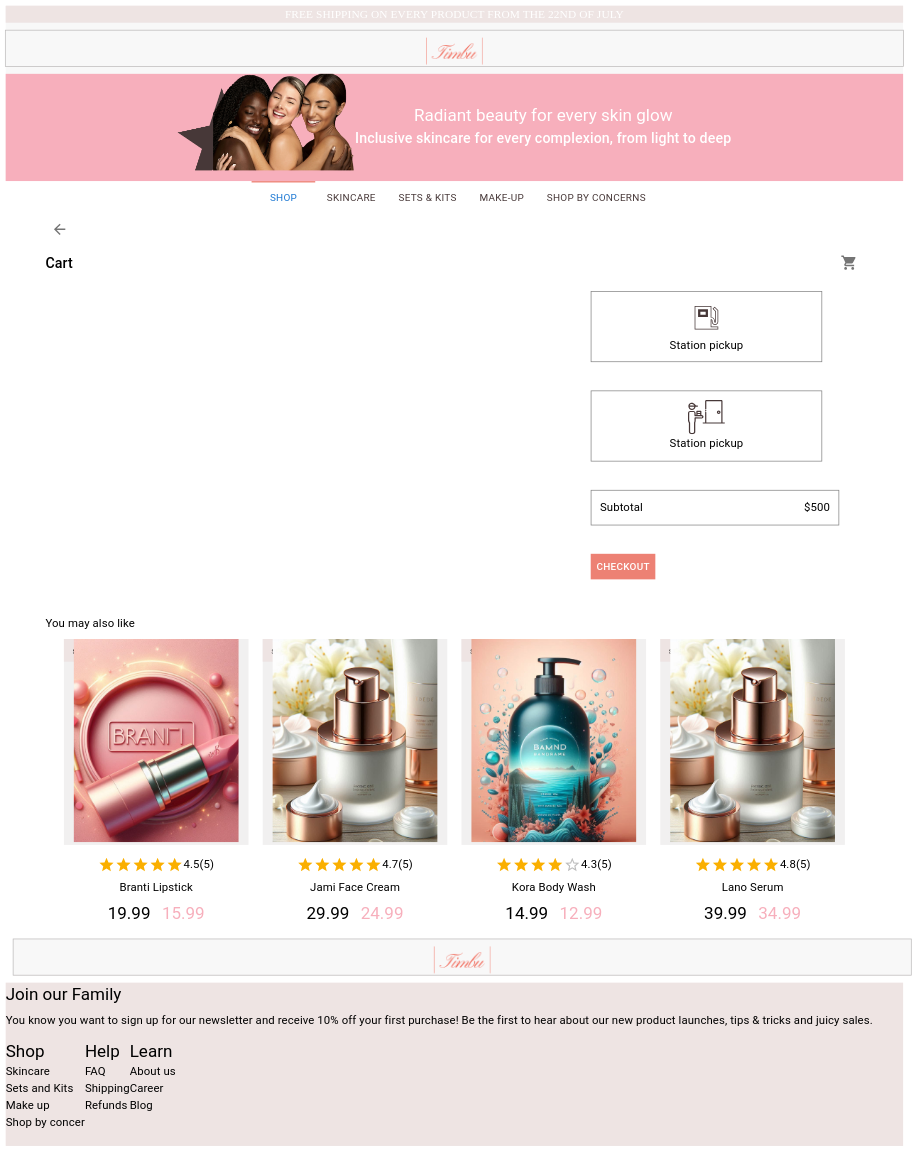
Repository: Armstrong2035/hng-project-two
Page: /cart (app in timbu-store/)
The author's editor kept a copy of each file at every save. The page is drawn from the files as they stood at one save, then again after the next save.
The browser window is 1280 px wide. The page is 1284 px wide, so the pictures cover 1284 px, including what lies to the right of the window. The pictures show the whole page, at 71% of full size.
The project was rebuilt for these pictures with package versions that can differ from the ones it lists, and the page was loaded fresh each time. The framework's server and built-in components were replaced by stand-ins that run in the browser. Also part of the build but not shown: timbu-store/next.config.mjs, timbu-store/src/app/fonts.css, timbu-store/components/Products/Filters.js, timbu-store/components/Products/FiltersMobile.js.

Above is the page before, as saved 2024-07-10 00:47:19.

### timbu-store/src/app/layout.js
"use client";

import "./fonts.css";
import { Html, Main, NextScript } from "next/document";
import Head from "next/head";

const metadata = {
  title: "Timbu Store",
  description: "We sell beauty",
};

export default function RootLayout({ children }) {
  return (
    <>
      <html>
        <Head>
          <title>{metadata.title}</title>
          <meta name="description" content={metadata.description} />
        </Head>
        <body>{children}</body>
      </html>
    </>
  );
}

### timbu-store/src/app/cart/page.js
"use client";
import React from "react";
import CartPage from "../../../components/checkout/cart/CartPage";
import Footer from "../../../components/footer/Footer";
import Header from "../../../components/header/Header";

export default function Page() {
  return (
    <>
      <Header />
      <CartPage />
      <Footer />
    </>
  );
}

### timbu-store/components/checkout/cart/CartPage.js
"use client";
import useStore from "@/store/store";
import Image from "next/image";
import doorDelivery from "../../../public/icons/door-delivery.svg";
import stationPickup from "../../../public/icons/station-pickup.svg";
import {
  Typography,
  Box,
  Stack,
  Grid,
  Button,
  Card,
  CardContent,
  Container,
  AppBar,
} from "@mui/material";
import React, { useState } from "react";
import Cart from "./Cart";
import Header from "../../header/Header";
import CartNav from "./CartNav";
import Link from "next/link";
import ProductRecommendations from "../../Products/ProductRecommendations";
export default function CartPage() {
  return (
    <>
      <Container>
        <CartNav />
        <Grid container>
          <Grid item className={"item"} xl={10} lg={8} md={6} sm={12} xs={12}>
            <Cart />
          </Grid>
          <Grid item xl={4} lg={4} md={6} sm={12} xs={12}>
            <Stack spacing={5}>
              <Box
                sx={{
                  border: "1px solid grey",
                  height: "98px",
                  width: "324px",
                  display: "flex",
                  flexDirection: "column",
                  alignItems: "center",
                  justifyContent: "center",
                }}
              >
                <Image alt={"station pickup"} src={stationPickup} />
                <Typography>Station pickup</Typography>
              </Box>

              <Box
                sx={{
                  border: "1px solid grey",
                  height: "98px",
                  width: "324px",
                  display: "flex",
                  flexDirection: "column",
                  alignItems: "center",
                  justifyContent: "center",
                }}
              >
                <Image alt={"door delivery"} src={doorDelivery} />
                <Typography>Station pickup</Typography>
              </Box>

              <Box
                sx={{
                  border: "1px solid grey",
                  width: "324px",
                  display: "flex",
                  flexDirection: "row",
                  alignItems: "center",
                  justifyContent: "space-between",
                  padding: "12px",
                }}
              >
                <Typography>Subtotal</Typography>
                <Typography>$500</Typography>
              </Box>
              <Link href={"/checkout"}>
                <Button
                  sx={{
                    backgroundColor: " #ED8174",
                    color: "#FFFFFF",
                    borderRadius: "0",
                    "&:hover": {
                      backgroundColor: "#C9675B",
                    },
                  }}
                >
                  Checkout
                </Button>
              </Link>
            </Stack>
          </Grid>
        </Grid>
        <ProductRecommendations />
      </Container>
    </>
  );
}

### timbu-store/components/footer/Footer.js
import React from "react";
import {
  Container,
  Grid,
  Typography,
  TextField,
  Button,
  AppBar,
  Toolbar,
  Box,
  Stack,
} from "@mui/material";
import TimbuStore from "../header/TimbuStore";

function Footer() {
  return (
    <>
      <TimbuStore />
      <Box
        sx={{
          inTop: "2rem",
          backgroundColor: "#EEE4E3",
          height: "230px",
        }}
      >
        <Grid container>
          <Grid item sm={12}>
            <Stack>
              <Typography variant="h5" gutterBottom>
                Join our Family
              </Typography>
              <Typography variant="body1" paragraph>
                You know you want to sign up for our newsletter and receive 10%
                off your first purchase! Be the first to hear about our new
                product launches, tips & tricks and juicy sales.
              </Typography>
            </Stack>
          </Grid>

          <Grid item sm={12}>
            <Grid container>
              <Grid item>
                <Stack>
                  <Typography variant={"h5"}>Shop</Typography>
                  <Typography>Skincare</Typography>
                  <Typography>Sets and Kits</Typography>
                  <Typography>Make up</Typography>
                  <Typography>Shop by concer</Typography>
                </Stack>
              </Grid>
              <Grid item>
                <Stack>
                  <Typography variant={"h5"}>Help</Typography>
                  <Typography>FAQ</Typography>
                  <Typography>Shipping</Typography>
                  <Typography>Refunds</Typography>
                </Stack>
              </Grid>
              <Grid item>
                <Stack>
                  <Typography variant={"h5"}>Learn</Typography>
                  <Typography>About us</Typography>
                  <Typography>Career</Typography>
                  <Typography>Blog</Typography>
                </Stack>
              </Grid>
            </Grid>
          </Grid>
        </Grid>
      </Box>
    </>
  );
}

export default Footer;

### timbu-store/components/header/Header.js
"use client";
import { AppBar, Typography, Box, Stack } from "@mui/material";
import React from "react";
import Image from "next/image";
import Group1 from "../../public/utility-images/Group1.png";
import TimbuStore from "./TimbuStore";
import Promotion from "./Promotion";
import SimpleTabs from "./NavBar";
import Filters from "../Products/Filters";
import { useTheme } from "@mui/material/styles";
import useMediaQuery from "@mui/material/useMediaQuery";
import FiltersMobile from "../Products/FiltersMobile";

export default function Header() {
  const theme = useTheme();
  const isDesktop = useMediaQuery(theme.breakpoints.up("lg"));

  return (
    <>
      <Stack alignItems={"center"}>
        <AppBar
          elevation={"none"}
          sx={{
            backgroundColor: "#F8F8F8",
            position: "relative",
            width: "100%",
          }}
        >
          <Stack alignItems={"center"}>
            <Promotion />
            <TimbuStore />
            <Stack
              alignItems={"center"}
              textAlign={"center"}
              direction={isDesktop ? "row" : "column-reverse"}
              justifyContent={"center"}
              sx={{ backgroundColor: "#F7AFBC", width: "100%" }}
            >
              <Box sx={{ width: "250.08px", height: "150.77px" }}>
                <Image
                  src={Group1}
                  alt={"group of women"}
                  layout="responsive"
                  width={100}
                  height={100}
                  objectFit="contain"
                />
              </Box>
              <Box>
                <Typography variant={"h5"}>
                  Radiant beauty for every skin glow
                </Typography>
                <Typography variant={"h6"}>
                  Inclusive skincare for every complexion, from light to deep
                </Typography>
              </Box>
            </Stack>
          </Stack>
        </AppBar>

        {!isDesktop && (
          <Box sx={{ alignSelf: "flex-start" }}>
            <FiltersMobile />
          </Box>
        )}

        {isDesktop && <SimpleTabs />}
      </Stack>
    </>
  );
}

### timbu-store/src/store/store.js
import { create } from "zustand";
import { persist } from "zustand/middleware";

const useStore = create(
  (set) => ({
    cart: [],
    addToCart: (item) => set((state) => ({ cart: [...state.cart, item] })),
  }),
  {
    name: "cart-storage",
  }
);

export default useStore;

### timbu-store/components/checkout/cart/Cart.js
"use client";
import React, { useState } from "react";
import useStore from "@/store/store";
import {
  Box,
  Grid,
  Stack,
  Card,
  CardContent,
  Typography,
  Button,
} from "@mui/material";
import Image from "next/image";

export default function Cart() {
  const [orderVolume, setOrderVolume] = useState(1);
  const cart = useStore((state) => state.cart);

  console.log(cart);
  return (
    <>
      <Stack spacing={10}>
        {cart.map((item) => (
          <Box
            key={item.id}
            className={"order summary"}
            style={{
              width: "100%",
              display: "flex",
              alignItems: "center",
              justifyContent: "space-between",
            }}
          >
            <Box sx={{ backgroundColor: "#F8F8F8" }}>
              <Stack direction={"row"} alignItems={"center"} spacing={2}>
                <Box
                  sx={{
                    display: "flex",
                    alignItems: "center",
                    justifyContent: "center",
                    backgroundColor: "#F1F0F0",
                    position: "relative",
                    "&:hover .add-to-cart": {
                      opacity: 1,
                    },

                    "&:hover": {
                      backgroundColor: "#E6DFDF",
                    },
                    width: "260px",
                    height: "290px",
                  }}
                  elevation={"none"}
                >
                  <div
                    style={{
                      width: "300",
                      height: "300",
                      position: "relative",
                      padding: "10px, 10px",
                    }}
                  >
                    <Image
                      src={item.imageUrl}
                      alt={item.productName}
                      layout="responsive"
                      width={500}
                      height={500}
                      objectFit="contain"
                    />
                  </div>
                </Box>
                <Box sx={{ padding: "16px" }}>
                  <Typography>{item.productName}</Typography>
                  <Box
                    sx={{
                      border: "1px solid #B2A6A6",
                      display: "flex",
                      flexDirection: "row",
                      alignItems: "center",
                      margin: "10px 0",
                    }}
                  >
                    <Button
                      sx={{ color: "#473838" }}
                      onClick={() =>
                        setOrderVolume(orderVolume > 1 ? orderVolume - 1 : 1)
                      }
                    >
                      -
                    </Button>
                    <Typography sx={{ padding: "0 10px" }}>
                      {orderVolume}
                    </Typography>
                    <Button
                      sx={{ color: "#473838" }}
                      onClick={() => setOrderVolume(orderVolume + 1)}
                    >
                      +
                    </Button>
                  </Box>

                  <Button sx={{ color: "#ED8174" }}>Remove</Button>
                </Box>
              </Stack>
            </Box>

            <Typography sx={{ margin: "auto 80px" }}>
              {item.discountPrice}
            </Typography>
          </Box>
        ))}
      </Stack>
    </>
  );
}

### timbu-store/components/checkout/cart/CartNav.js
"use client";

import { Box, Stack, Typography, IconButton } from "@mui/material";
import React from "react";
import ArrowBackIcon from "@mui/icons-material/ArrowBack";
import ShoppingCartIcon from "@mui/icons-material/ShoppingCart";
import Link from "next/link";

export default function CartNav() {
  return (
    <Box sx={{ width: "100%", paddingBottom: "20px" }}>
      <Link href={"/"}>
        <IconButton sx={{ paddingBottom: "15px" }}>
          <ArrowBackIcon />
        </IconButton>
      </Link>

      <Stack
        direction={"row"}
        justifyContent={"space-between"}
        alignItems="center"
      >
        <Typography variant="h6">Cart</Typography>
        <IconButton>
          <ShoppingCartIcon />
        </IconButton>
      </Stack>
    </Box>
  );
}

### timbu-store/components/Products/ProductRecommendations.js
"use client";
import { inventory } from "@/products";
import {
  Container,
  Grid,
  Box,
  Chip,
  Stack,
  Typography,
  Rating,
} from "@mui/material";
import Link from "next/link";
import Image from "next/image";
import React from "react";

export default function ProductRecommendations() {
  const recommendations = inventory.slice(0, 4);
  return (
    <Stack alignItems={"center"} sx={{ paddingTop: "50px" }}>
      <Typography sx={{ alignSelf: "flex-start" }}>
        You may also like
      </Typography>
      <Box
        sx={{
          display: "flex",
          flexDirection: "row",
          flexWrap: "wrap",
          alignItems: "center",
          justifyContent: "center",
        }}
      >
        {recommendations.map((product, index) => (
          <Box
            key={product.productName}
            sx={{
              margin: "10px 10px",
            }}
          >
            <Stack direction={"column"} spacing={2}>
              <Link
                href={`/product/${encodeURIComponent(product.productName)}`}
              >
                <Box
                  sx={{
                    display: "flex",
                    alignItems: "center",
                    justifyContent: "center",
                    backgroundColor: "#F1F0F0",
                    position: "relative",
                    "&:hover .add-to-cart": {
                      opacity: 1,
                    },

                    "&:hover": {
                      backgroundColor: "#E6DFDF",
                    },
                    width: "260px",
                    height: "290px",
                  }}
                  elevation={"none"}
                >
                  <Chip
                    label={"sale"}
                    sx={{
                      position: "absolute",
                      top: "0",
                      left: "0",
                      borderRadius: "0",
                      backgroundColor: "#EEE4E3",
                    }}
                  />

                  <div
                    style={{
                      width: "300",
                      height: "300",
                      position: "relative",
                      padding: "10px, 10px",
                    }}
                  >
                    <Image
                      src={product.imageUrl}
                      alt={product.productName}
                      layout="responsive"
                      width={500}
                      height={500}
                      objectFit="contain"
                    />
                  </div>

                  <Box
                    className="add-to-cart"
                    sx={{
                      backgroundColor: "#ED8174",
                      color: "white",
                      position: "absolute",
                      bottom: 0,
                      width: "100%",
                      height: "50px",
                      display: "flex",
                      justifyContent: "center",
                      alignItems: "center",
                      opacity: 0,
                      transition: "opacity 0.3s",
                      cursor: "pointer",
                      "&:hover": {
                        backgroundColor: "#C9675B",
                      },
                    }}
                    onClick={(e) => {
                      e.stopPropagation();
                      e.preventDefault();
                      addToCart(product);
                    }}
                  >
                    Add To Cart
                  </Box>
                </Box>
              </Link>

              <Box>
                <Stack spacing={1} alignItems={"center"}>
                  <Stack direction={"row"}>
                    <Rating name="read-only" value={product.rating} readOnly />
                    <Typography>{`${product.rating}(5)`}</Typography>
                  </Stack>
                  <Typography>{`${product.productName}`}</Typography>
                  <Stack spacing={2} direction={"row"}>
                    <Typography variant={"h5"}>{`${product.price}`}</Typography>

                    <Typography
                      variant={"h5"}
                      sx={{ color: "#F7AFBC" }}
                    >{`${product.discountPrice}`}</Typography>
                  </Stack>
                </Stack>
              </Box>
            </Stack>
          </Box>
        ))}
      </Box>
    </Stack>
  );
}

### timbu-store/components/header/TimbuStore.js
"use client";

import Image from "next/image";
import Timbu from "../../public/utility-images/Timbu.png";
import Link from "next/link";

export default function TimbuStore() {
  return (
    <div
      style={{
        width: "100%",
        backgroundColor: "#F8F8F8",
        display: "flex",
        justifyContent: "center",
        alignItems: "center",
        padding: "10px 0",
        border: "1px solid #BCBABA",
        margin: "10px",
      }}
    >
      <Link href={"/"}>
        <div style={{ width: "80px", height: "30px" }}>
          <Image
            src={Timbu}
            alt={"timbu store logo"}
            layout="responsive"
            width={50}
            height={50}
            objectFit="contain"
          />
        </div>
      </Link>
    </div>
  );
}

### timbu-store/components/header/Promotion.js
"use client";

import { Typography, Box } from "@mui/material";
import React from "react";

export default function Promotion() {
  return (
    <>
      <Box
        sx={{
          display: "flex",
          alignItems: "center",
          justifyContent: "center",
          width: "100%",
          backgroundColor: "#EEE4E3",
          padding: "15px, 0",
        }}
      >
        <Typography sx={{ fontFamily: "kanit-regular" }}>
          FREE SHIPPING ON EVERY PRODUCT FROM THE 22ND OF JULY
        </Typography>
      </Box>
    </>
  );
}

### timbu-store/components/header/NavBar.js
import React, { useState } from "react";
import { Tabs, Tab, Typography, Box } from "@mui/material";

function TabPanel(props) {
  const { children, value, index, ...other } = props;

  return (
    <div
      role="tabpanel"
      hidden={value !== index}
      id={`simple-tabpanel-${index}`}
      aria-labelledby={`simple-tab-${index}`}
      {...other}
    >
      {value === index && <Typography>{children}</Typography>}
    </div>
  );
}

export default function SimpleTabs() {
  const [value, setValue] = useState(0);

  const handleChange = (event, newValue) => {
    setValue(newValue);
  };

  return (
    <Box>
      <Tabs
        value={value}
        onChange={handleChange}
        TabIndicatorProps={{
          style: {
            top: 0,
            bottom: "auto",
            backgroundColor: "#ED8174",
          },
        }}
        sx={{
          "& .MuiTab-root": {
            fontWeight: "normal",
          },
          "& .Mui-selected": {
            color: "#473838",
            fontWeight: "normal",
          },
        }}
      >
        <Tab
          label="Shop"
          sx={{
            color: " #473838",
            fontWeight: "normal",
          }}
        />
        <Tab
          label="Skincare"
          sx={{
            color: " #473838",
            fontWeight: "normal",
          }}
        />
        <Tab
          label="Sets & Kits"
          sx={{
            color: " #473838",
            fontWeight: "normal",
          }}
        />
        <Tab
          label="Make-up"
          sx={{
            color: " #473838",
            fontWeight: "normal",
          }}
        />
        <Tab
          label="Shop by Concerns"
          sx={{
            color: " #473838",
            fontWeight: "normal",
          }}
        />
      </Tabs>
    </Box>
  );
}

Loaded but not shown: timbu-store/src/products.js (254 lines, source omitted)

After the next save:
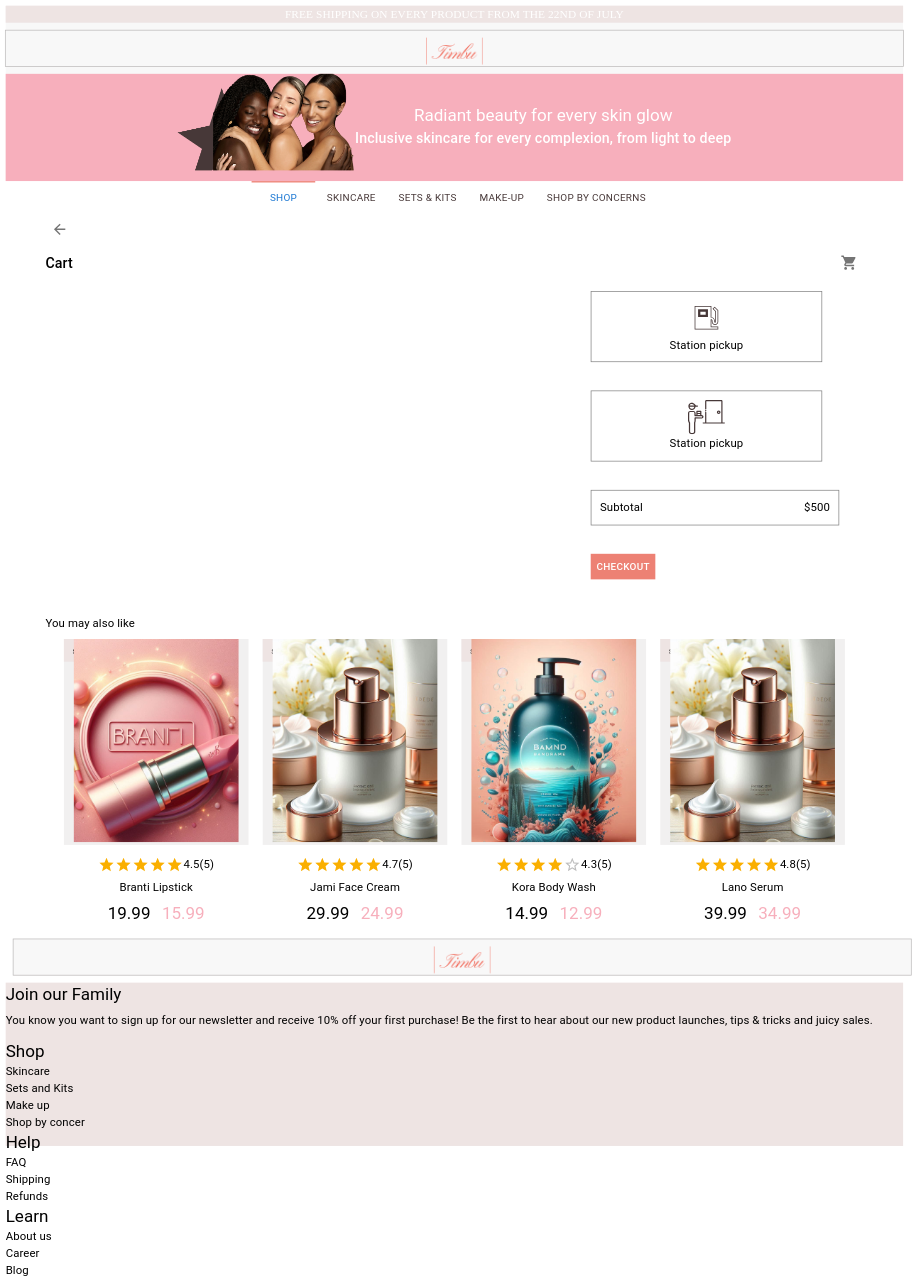
Saved 18 s later.
--- a/timbu-store/components/footer/Footer.js
+++ b/timbu-store/components/footer/Footer.js
@@ -39,7 +39,7 @@ function Footer() {
 
           <Grid item sm={12}>
             <Grid container>
-              <Grid item>
+              <Grid item sm={12}>
                 <Stack>
                   <Typography variant={"h5"}>Shop</Typography>
                   <Typography>Skincare</Typography>
@@ -48,7 +48,7 @@ function Footer() {
                   <Typography>Shop by concer</Typography>
                 </Stack>
               </Grid>
-              <Grid item>
+              <Grid item sm={12}>
                 <Stack>
                   <Typography variant={"h5"}>Help</Typography>
                   <Typography>FAQ</Typography>
@@ -56,7 +56,7 @@ function Footer() {
                   <Typography>Refunds</Typography>
                 </Stack>
               </Grid>
-              <Grid item>
+              <Grid item sm={12}>
                 <Stack>
                   <Typography variant={"h5"}>Learn</Typography>
                   <Typography>About us</Typography>
